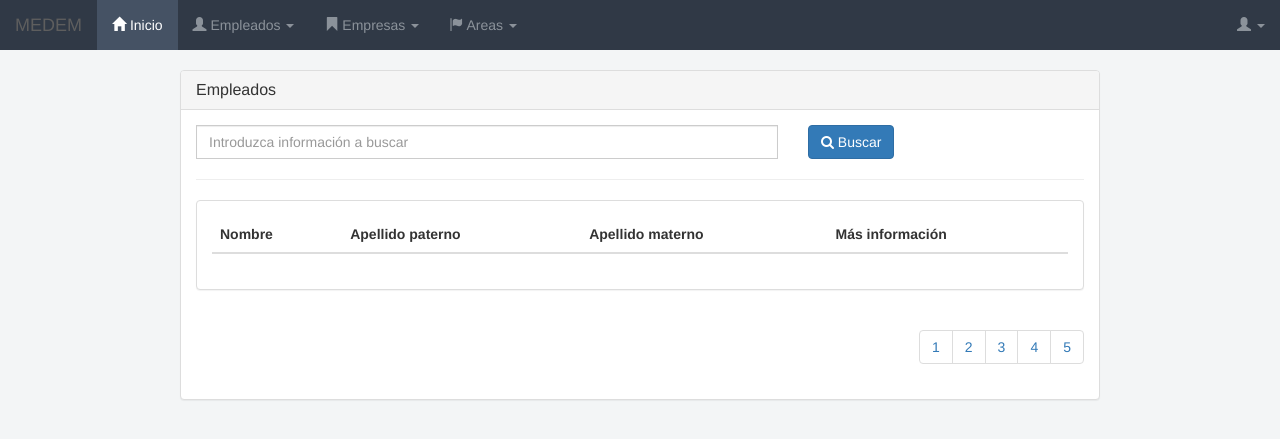
Repository: armandolew/cmhcorp
Page: http://localhost/medem/WEB-INF/pages/indexEmployees.jsp
These files come from the project's save history. The page is drawn as it stood at one moment and after the next save; the edit follows.
The browser window is 1280 px wide. The pictures show the whole page.
Some web libraries are served in a nearby version. The page is served by Tomcat 9. Nobody is signed in. Other server files are loaded and not shown. The template is opened directly, without the code that normally fills it, so the values that code supplies are empty.

Above is the page before, as saved 2015-05-20 17:48:20.

### medem/medem/src/main/webapp/WEB-INF/pages/indexEmployees.jsp
<%@page session="true"%>
<%@ taglib uri="http://java.sun.com/jsp/jstl/core" prefix="c" %>
<!DOCTYPE>
  <html>
    <head>
      <meta charset="utf=8">
      <meta name="viewport" content="width=device-width, initial-scale=1.0">
      <script src="https://ajax.googleapis.com/ajax/libs/jquery/1.11.2/jquery.min.js"></script>
      <link href="bootstrap/bootstrap-3.3.2-dist/css/bootstrap.min.css" rel="stylesheet">
      <link rel="stylesheet" href="http://maxcdn.bootstrapcdn.com/font-awesome/4.3.0/css/font-awesome.min.css">
      <link href="css/custom.css" rel="stylesheet">
      <link href="css/general_layout_override.css" rel="stylesheet">
      <script src="bootstrap/bootstrap-3.3.2-dist/js/bootstrap.min.js"></script>
      <script src="js/main_functions.js"></script>
      <title>MEDEM :: Empleados</title>
    </head>

    <body id="indexEmployees">

			<jsp:include page="layouts/navigation_layout.jsp"></jsp:include>

			<div class="container">
			  <div class="col-md-12">
			    <div class="row">
			      <div class="col-md-10 col-md-offset-1">
			        <div class="login-panel panel panel-default">
					  <div class="panel-heading">
                	    <h3 class="panel-title">Empleados</h3>
              		  </div><!-- .panel-heading -->
					  <div class="panel-body">
		                <form id="searchForm" action="/medem/searchEmployee" method="POST">
		                  <div class="row">
		                    <div class="col-sm-8">
		                      <input type="text" class="form-control" id="search" name="search" placeholder="Introduzca informaci&#243;n a buscar" />
		                      <input type="hidden" name="${_csrf.parameterName}" value="${_csrf.token}"/>
		                    </div><!-- .col-sm-4 -->
		                    <div class="col-sm-4">
		                      <button type="submit" class="btn btn-primary">
		                        <i class="fa fa-search"></i> Buscar
		                      </button>
		                    </div><!-- .col-sm-4 -->
		                  </div><!-- .row -->
		                </form>

		                <hr class="divider">

					  <div class="panel panel-default">
					    <div class="panel-body">
					      <div class="table-responsive">
					        <table class="table">
					          <thead>
							    <tr>
							      <th>Nombre</th>
                          	      <th>Apellido paterno</th>
                          	      <th>Apellido materno</th>
                          	      <th>Más información</th>
                        	    </tr>
                        	  </thead>
                        	  <c:if test="${!empty listEmployees}">
                        	  <tbody>
                        	    <c:forEach items="${listEmployees}" var="employee">
                        	      <tr>
		                            <td>${employee.name}</td>
		                            <td>${employee.lastName1}</td>
		                            <td>${employee.lastName2}</td>
									<td><a href="/medem/employee/${employee.id}" class="btn btn-info">Ver más</a></td>
		                          </tr>
                        	    </c:forEach>
                        	  </tbody>
                        	  </c:if>
					        </table>
					      </div>
					     </div>
					  </div><!-- .panel panel-default -->

					  <ul class="pagination pull-right">
						<li><a href="#">1</a></li>
					  	<li><a href="#">2</a></li>
					  	<li><a href="#">3</a></li>
					  	<li><a href="#">4</a></li>
					  	<li><a href="#">5</a></li>
					  </ul>
					  </div>
			        </div>
			      </div>
			    </div>
			  </div>
			</div>

    </body>
  </html>

### medem/medem/src/main/webapp/WEB-INF/pages/layouts/navigation_layout.jsp
	<%@ taglib uri="http://www.springframework.org/security/tags" prefix="security" %>
	<%@taglib uri="http://java.sun.com/jsp/jstl/core" prefix="c"%>


			<nav class="navbar navbar-default" role="navigation">
			  <!-- csrt for log out-->
			  <c:url value="/j_spring_security_logout" var="logoutUrl" />
  			  <form action="${logoutUrl}" method="post" id="logoutForm">
	  		    <input type="hidden" name="${_csrf.parameterName}" value="${_csrf.token}" />
			  </form>

			  <div class="navbar-header">
		        <button type="button" class="navbar-toggle" data-toggle="collapse" data-target="#bs-example-navbar-collapse-1">
		          <span class="sr-only">Toggle navigation</span> <span class="icon-bar"></span><span class="icon-bar"></span><span class="icon-bar"></span>
		        </button>
		        <a class="navbar-brand" href="/medem">MEDEM</a>
			  </div><!-- .navbar-header -->
			  <div class="collapse navbar-collapse" id="bs-example-navbar-collapse-1">
			    <ul class="nav navbar-nav">
		          <li class="active"><a href="/medem"><span class="glyphicon glyphicon-home"></span> Inicio</a></li>
<%-- 		          <security:authorize access="hasRole('ROLE_ADMIN')"> --%>
<!-- 		          <li class="dropdown"><a href="#" class="dropdown-toggle" data-toggle="dropdown"><span class="glyphicon glyphicon-king"></span> Usuarios <b class="caret"></b></a> -->
<!-- 		            <ul class="dropdown-menu"> -->
<!-- 		              <li><a href="newUser"> -->
<!-- 		                <span class="glyphicon glyphicon-plus-sign"></span> Crear Usuario</a> -->
<!-- 		              </li> -->
<!-- 		              <li><a href="indexEmployees"> -->
<!-- 		                <span class="glyphicon glyphicon-list-alt"></span> Listar Empleados</a> -->
<!-- 		              </li> -->
<!-- 		            </ul> -->
<!-- 		          </li>		           -->
<%-- 		          </security:authorize> --%>
		          <li class="dropdown"><a href="#" class="dropdown-toggle" data-toggle="dropdown"><span class="glyphicon glyphicon-user"></span> Empleados <b class="caret"></b></a>
		            <ul class="dropdown-menu">
		              <li><a href="/medem/newEmployee">
		                <span class="glyphicon glyphicon-plus-sign"></span> Crear Empleado</a>
		              </li>
		              <li><a href="/medem/indexEmployees">
		                <span class="glyphicon glyphicon-list-alt"></span> Listar Empleados</a>
		              </li>
		            </ul>
		          </li>
		          <li class="dropdown"><a href="#" class="dropdown-toggle" data-toggle="dropdown"><span class="glyphicon glyphicon-bookmark"></span> Empresas <b class="caret"></b></a>
		            <ul class="dropdown-menu">
		              <security:authorize access="hasRole('ROLE_ADMIN')">
		              <li><a href="/medem/newCompany">
		                <span class="glyphicon glyphicon-plus-sign"></span> Crear Empresa</a>
		              </li>
		              <li><a href="/medem/indexCompany">
		                <span class="glyphicon glyphicon-list-alt"></span> Listar Empresas</a>
		              </li>
		              </security:authorize>
		              <li>
		                <a href="/medem/company/1"><span class="glyphicon glyphicon-search"></span> Ver Empresa</a>
		              </li>
		    		</ul>
		    	  </li>
		          <li class="dropdown"><a href="#" class="dropdown-toggle" data-toggle="dropdown"><span class="glyphicon glyphicon-flag"></span> Areas <b class="caret"></b></a>
		            <ul class="dropdown-menu">
		              <li><a href="/medem/newArea/1">
		    		    <span class="glyphicon glyphicon-plus-sign"></span> Crear Area</a>
		              </li>
		              <li><a href="/medem/areas/1">
		                <span class="glyphicon glyphicon-list-alt"></span> Listar Areas</a>
		              </li>
		    		</ul>
		          </li>
		          <security:authorize access="hasRole('ROLE_ADMIN')">
		          <li class="dropdown"><a href="#" class="dropdown-toggle" data-toggle="dropdown"><span class="glyphicon glyphicon-stats"></span> Reportes <b class="caret"></b></a>
		            <ul class="dropdown-menu">
		              <li><a href="/medem/reportCharts">
		                <span class="glyphicon glyphicon-plus-sign"></span> Generar Reporte</a>
		              </li>
		            </ul>
		          </li>
		          </security:authorize>
			    </ul><!-- .nav navbar-nav -->
			    <ul class="nav navbar-nav navbar-right">
		          <li class="dropdown"><a href="#" class="dropdown-toggle" data-toggle="dropdown"><span class="glyphicon glyphicon-user"></span> ${userName } <b class="caret"></b></a>
		            <ul class="dropdown-menu">
		              <li><a href="#"><span class="glyphicon glyphicon-user"></span> Perfil</a></li>
		              <li class="divider"></li>
		              <li><a href="javascript:logoutFormSubmit();"><span class="glyphicon glyphicon-off"></span> Logout</a></li>
		            </ul>
		          </li>
			    </ul><!-- .nav navbar-nav navbar-right -->
			  </div><!-- .collapse navbar-collapse -->
			</nav><!-- .navbar navbar-default -->

### medem/medem/src/main/webapp/css/custom.css
.main_logo{
	width: 40%;
	max-width: 200px;
	height: auto;
	border: 0;
	display: inline-block;
	margin: 0;
	padding: 0;
	vertical-align: top;
}
.nav-tabs li a, button{
   outline: 0;
}
.patient_photo img{
   max-width: 100px;
   max-height: 100px;
   border: 1px solid #cacaca;
}
.patient_name{
   margin: 0 0 20px !important;
}
.form_separator{
   height: 1px;
   width: 100%;
   margin: 14px auto;
   border-bottom:  1px solid #ddd;
}
textarea {
    resize: none;
    text-align: left;
}
.nav-tabs > li > a{
  padding: 10px 9px !important;
}
#personalPatologicals textarea, #personalNonPatologicals textarea{
  display: none;
}
.form_divider{
  margin: 7px 0;
  width: 100%;
  height: 1px;
}

.panel-body > table td{
  font-size: 14px!important;
}

.modal {
  overflow-y: auto;
}
.modal-open {
  overflow: auto;
}
.modal-open[style] {
  padding-right: 0px !important;
}
.modal-header-danger{
  background-color: #DF6A78;
  -webkit-border-top-left-radius: 5px;
  -webkit-border-top-right-radius: 5px;
  -moz-border-radius-topleft: 5px;
  -moz-border-radius-topright: 5px;
   border-top-left-radius: 5px;
   border-top-right-radius: 5px;
}
.modal-header-success{
  background-color: #66C796;
  -webkit-border-top-left-radius: 5px;
  -webkit-border-top-right-radius: 5px;
  -moz-border-radius-topleft: 5px;
  -moz-border-radius-topright: 5px;
   border-top-left-radius: 5px;
   border-top-right-radius: 5px;
}

.modal-header-info{
  background-color: #F4AD49;
  -webkit-border-top-left-radius: 5px;
  -webkit-border-top-right-radius: 5px;
  -moz-border-radius-topleft: 5px;
  -moz-border-radius-topright: 5px;
   border-top-left-radius: 5px;
   border-top-right-radius: 5px;
}
.modal-header-danger h4, .modal-header-success h4, .modal-header-info h4{
  color: #fff;
}

#employeeShow .container .employeeInfo{
	display: none;
}

#fileUpload .modal-body .alert{
	display: none;
}

.list-group-item{
	margin-bottom: 14px;
	background-color: #455264;
	color: #fff;
	line-height: 100%;
	border: 1px solid #455264;
}

.mr15{
	margin-right: 15px;

}

.media img{
	border-radius: 50%!important;
	vertical-align: middle;
	width: 50px!important;
	height: 50px!important;
}

### medem/medem/src/main/webapp/css/general_layout_override.css
        	body{
        		background-color: #F3F5F6;
        		margin-bottom: 60px;
        	}

        	html {
  				position: relative;
  				min-height: 100%;
			}

        	.navbar{
        	  border: 0!important;
        	  border-radius: 0!important;
        	}
        	.navbar-default{
        		background-color: #303946!important;
        	}
        	.navbar-default .navbar-nav > li > a{
        		color: #8b929a!important;
        	}
        	.navbar-default .navbar-nav > li > a:hover{
        		color: #fff !important;
        	}
        	.navbar-default .navbar-nav > .active > a,
        	.navbar-default .navbar-nav > .active > a:focus,
        	.navbar-default .navbar-nav > .open > a{
        		background-color: #455264!important;
        		color: #fff!important;
        	}

        	footer {
  				position: absolute;
  				bottom: 0;
  				width: 100%;
				height: 50px;
  				background-color: #303946;
			}

        	.panel-employees{
        		background-color: #29B6D8;
        		color: #fff;
        	}
        	.panel-areas{
        		background-color: #F4AD49;
        		color: #fff;
        	}
        	.panel-records{
        		background-color: #33B08A;
        		color: #fff;
        	}

        	.panel-company{
        		background-color: #666666;
        		color: #fff;
        	}
        	.panel-employees, .panel-areas, .panel-records, .panel-company{
        		min-height: 88px;
        	}
        	.panel-employees .glyphicon, .panel-areas .glyphicon, .panel-records .glyphicon, .panel-company .glyphicon {
    			font-size: 50px;
			}
			.tab-pane .form{
				border-top: 0!important;
			}
			.form_separator{
				height: 1px;
				width: 100%;
				margin: 14px auto;
				border-top: 1px solid #E3E3E3;
			}
			.profile {
  				margin: 20px 0;
			}
			.profile-sidebar {
			  	padding: 20px 0;
			  	background: #303946;
			  	margin-bottom: 14px;
			  	height: 404px;
			}
			.profile-userpic img {
			  	float: none;
			  	margin: 0 auto;
			  	width: 50%;
			  	height: 50%;
			  	max-height: 120px;
			  	-webkit-border-radius: 50% !important;
			  	-moz-border-radius: 50% !important;
			  	border-radius: 50% !important;
			}
			.profile-usertitle {
			  	text-align: center;
			  	margin-top: 20px;
			}

			.profile-usertitle-name {
			  	color: #fff;
			  	font-size: 16px;
			  	font-weight: 400;
			  	margin-bottom: 7px;
			}

			.profile-usertitle-job {
			  	text-transform: uppercase;
			  	color: #29B6D8;
			  	font-size: 12px;
			  	font-weight: 600;
			  	margin-bottom: 15px;
			}

			.profile-sidebar .divider{
				width: 80%!important;

			}

			.profile-userbuttons .btn{
				margin-bottom: 7px;
			}

			.profile-creation{
				text-align: left !important;
				margin: 0 20%;
			}

			.table > tbody > tr > td,
			.table > tbody > tr > th,
			.table > tfoot > tr > td,
			.table > tfoot > tr > th,
			.table > thead > tr > td,
			.table > thead > tr > th{
				font-size: 14px!important;
			}
			.info-block .square-box{
				min-height: 110px;
				padding: 25px 0;
				text-align: center !important;
				width: 100px;
				margin-right: 20px;
			}
			.info-block.block-info .square-box{
				color: #fff;
				font-size: 4em;
			}
			#workBackground .square-box{
				background-color: #29B6D8;
			}

			#familyHistory .square-box{
				background-color: #66C796;
			}

			ul{
				list-style: none;
			}

			li.workbackground{
				margin-bottom: 14px;
			}

			.modal-content > .modal-header-info{
				background-color: #F4AD49!important;
				color: #fff;
			}

			.form-control{
			   border-radius: 0!important;
			}

			.progress{
				height: 4px;
				background-color: rgba(0, 0, 0, 0.28);
			}
			.progress .progress-bar-white{
				background-color: #fff;
			}

			#logoutForm{
				display: none;
			}

			.ui-menu .ui-menu-item{
				background-color: #303946!important;
				list_style-image: none !important;
				color: #fff;
			}
			.ui-menu .ui-menu-item:hover{
				background-image: none !important;
				background-color: #455264;
				color: #fff;
			}
			.ui-autocomplete-loading{
				background: url("<c:url value='/medem/imgs/ajax-loader.gif'/>'") no-repeat 0 center;
			}

			@media screen and (max-width: 300px){
				.profile-sidebar {
				  	height: 300px!important;
				}

			}

			@media screen and (max-width: 999px){
				.profile-userpic img {
				  	height: 50%;
				  	width: 20%;
				}

			}

			@media screen and (min-device-width: 200px) and (max-device-width: 600px){
				.profile-userpic img {
				  	height: 40%;
				  	width: 25%;
				}

			}

### medem/medem/src/main/webapp/js/main_functions.js
/**
 * MEDEM consultores medicos
 * main_functions.js
 * Developers: Miriam Paola Reyes Garcia, Armando Lew Tamayo
 * Indigo Smart Software Development
 * 2015
 */

/**
 * showMessage.
 * Shows a modal dialog with a custom message.
 * @param String message - Message to be displayed.
 * @param String type - Type of the header (danger, success, info).
 * @param String modalId - ID of the modal form.
 *
 */

var MAX_FILE_SIZE = 8192;
var FILE_TYPES = ["jpg", "jpeg", "gif", "png"];
var ALPHANUMERIC_PATTER = /^[a-zA-Z0-9]+/;
var ALLOWED_AGE = 18;

/**
 * showMessage.
 * Uses a bootstrap modal dialog to show a message to the user.
 * @param message - Text to display
 * @param type - This will give the modal the look and feel.
 * @param modalId - To target the modal we require.
 */

showMessage = function(message, type, modalId){
	if(document.querySelector(modalId) != null){
	  $(modalId).find(".modal-body").html(message);
	  $(modalId).find(".modal-header").addClass("modal-header-" + type);
	  $(modalId).modal("toggle");
    }
	else console.log("Modal not found.");
}


/**
 * getEmployeeAge.
 * returns the age of the employee.
 * @param dateOfBirth
 * @returns age.
 */

getEmployeeAge = function(dateOfBirth){
	var birthdate = new Date(dateOfBirth);
	var cur = new Date();
	var diff = cur-birthdate;
	var age = Math.floor(diff/(1000 * 60 * 24 * 365));

	return age;
}

/**
 * validateForm.
 * validates the required fields of an specific form.
 * @param formId - ID of the form to be validated.
 * @returns {Boolean}
 *
 */

validateForm = function(formId){
	var validationResult = false;
	var errorMessagesList = "";
	var formInputsText;
	var formInputsSelect;
	var formInputsCheck;

	/** First, we need to verify that the form actually exists. **/

	if(document.querySelector(formId) != null){
		formInputsText = $(formId).find(".required-text");
		formInputsSelect = $(formId).find(".required-select");

		/** We get the text fields and the select fields **/
		formInputsText.each(function(){

		  /** For each text input field, we verify that their value is not null or empty **/
		  if($(this).val() == "" || $(this).val() == null){
			  $(this).closest("div").addClass('has-error');
			  var message = "<b>" + $(this).attr("placeholder") + "</b> requerido <br/>";
			  errorMessagesList += message;
		  }
		  else{
			  /** Otherwise, we need to check that the values are ONLY alphanumeric **/
			  if(!($(this).val()).match(ALPHANUMERIC_PATTER)){
				  $(this).closest("div").addClass('has-error');
				  var message = "<b>" + $(this).attr("placeholder") + "</b>  no tiene formato alfanum&eacute;rico <br/>";
				  errorMessagesList += message;
			  }

			  /** Also, we need to make sure that the new employee is old enough to work **/
			  if($(this).attr("name") == "dateOfBirth"){
				  if(getEmployeeAge($(this).val()) < ALLOWED_AGE){
					  $(this).closest("div").addClass('has-error');
					  $(this).val("");
					  var message = "El empleado no puede ser menor de <b>" + ALLOWED_AGE + " a&ntilde;os</b><br/>";
					  errorMessagesList += message;
				  }
			  }
		  }
		});


		/** Here we check that the values are set for each required dropdown **/
		formInputsSelect.each(function(){
			if($(this).val() == "" || $(this).val() == null){
			  $(this).closest("div").addClass('has-error');
			  var message = "<b>" + $(this).attr("data-name") + "</b> requerido <br/>";
			  errorMessagesList += message;
			}
		});

		/** The form has errors so we display them to the user **/
		if(errorMessagesList.length > 0){
			showMessage(errorMessagesList, "danger", "#myModal");
		}
		/** Otherwise, we are able to submit the form **/
		else{
			$("div.form-group").removeClass("has-error").addClass("has-success");
			validationResult = true;
		}

		return validationResult;
	}

}

/**
 * validateUploadForm.
 * validates the image upload form.
 * @param formId
 * @returns {Boolean}
 */

validateUploadForm = function(formId){
	var validationResult = false;
	var errorMessagesList = "";
	if(document.querySelector(formId) != null){
		var selectedFile = $(formId).find("input:file")[0].files[0];
		if(selectedFile == "" || selectedFile == null || selectedFileSize < 1){
			errorMessagesList += "<b>Archivo</b> requerido";
		}
		else{
			var selectedFileSize = selectedFile.size;
			var selectedFileExtension = selectedFile.type.substr(selectedFile.type.lastIndexOf("/") + 1);

			if(selectedFile > MAX_FILE_SIZE){
				errorMessagesList += "<b>Archivo</b> excede el máximo permitido."
			}

			else if($.inArray(selectedFileExtension, FILE_TYPES) == -1){
				errorMessagesList += "<b>Extensi&oacute;n de archivo</b> inv&aacute;lida. (" + FILE_TYPES + ")";
			}
		}

		if(errorMessagesList.length > 0){
			$("#fileUpload .modal-body .alert .error-message").html(errorMessagesList);
			$("#fileUpload .modal-body .alert").show();
		}
		else{
			$("#fileUpload .modal-body .alert").hide();
			validationResult = true;
		}
		return validationResult;
	}
}


/**
 * logoutFormSubmit.
 * logs the user out of MEDEM app.
 */

logoutFormSubmit = function(){
	document.getElementById("logoutForm").submit();
}

/**
 * loadEmployeeInformation.
 * loads the employee's information via ajax.
 * @param employeeId
 */

loadEmployeeInformation = function(employeeId){
	console.log(employeeId);
	showMessage("Cargando informaci&oacute;n ...", "info", "#myModal");
	$.ajax({
		dataType: "json",
		url: "/medem/employeeInformation",
		type: "GET",
		data: {id: employeeId},
		success: function(data){
			if(data){
			  $.each(data, function(key, value){
			    $("input[name='"+key+"']").val(value);
			  });
			}
			$(".profile-usertitle-name").html(data.name + " " + data.lastName1 + " " + data.lastName2);
			$(".profile-usertitle-job").html(data.areaName);
			if(data.avatar != ""){
				$(".profile-userpic img").attr("src",data.profileImage);
			}
			$("#employeeShow .container .employeeInfo").fadeIn("slow");
			$("#myModal").modal("hide");
		},
		error: function(){
			console.log("error");
		}
	});
}

getIMC = function(){

}


$(document).ready(function(){
	console.log($("body").attr("id") + " done.");

	// newEmployeeForm validation.
	$("#newEmployeeForm").on("submit", function(event){
		event.preventDefault();
		var formValidation = validateForm("#newEmployeeForm");

		if(formValidation){
			console.log("ready to send");
			showMessage("Procesando ...", "success", "#myModal");
			document.getElementById("newEmployeeForm").submit();
		}

	});
	// newEmployeeForm validation.

	// editEmployeeForm validation.
	$("#editEmployeeForm").on("submit", function(event){
		event.preventDefault();
		var formValidation = validateForm("#editEmployeeForm");

		if(formValidation){
			console.log("ready to send");
			showMessage("Procesando ...", "success", "#myModal");
			document.getElementById("editEmployeeForm").submit();
		}

	});
	// editEmployeeForm validation.

	// fileUploadForm validation.
	$("#fileUploadForm").on("submit", function(event){
		event.preventDefault();
		var formValidation = validateUploadForm("#fileUploadForm");

		if(formValidation){
			console.log("ready to send");
			$("#fileUpload").modal("hide");
			showMessage("Procesando ...", "success", "#myModal");
			document.getElementById("fileUploadForm").submit();
		}

	});
	// fileUploadForm validation.

	// newAreaForm validation
//	$("#newAreaForm").on("submit", function(event){
//		event.preventDefault();
//		var formValidation = validateForm("#newAreaForm");
//
//		if(formValidation){
//			console.log("ready to send");
//			showMessage("Procesando ...", "success", "#myModal");
//			document.getElementById("newAreaForm").submit();
//		}
//
//	});
	// newAreaForm validation

	// editAreaForm validation
	$("#editAreaForm").on("submit", function(event){
		event.preventDefault();
		var formValidation = validateForm("#editAreaForm");

		if(formValidation){
			console.log("ready to send");
			showMessage("Procesando ...", "success", "#myModal");
			document.getElementById("editAreaForm").submit();
		}

	});
	// editAreaForm validation

	// newCompanyForm validation
	$("#newCompanyForm").on("submit", function(event){
		event.preventDefault();
		var formValidation = validateForm("#newCompanyForm");

		if(formValidation){
			console.log("ready to send");
			showMessage("Procesando ...", "success", "#myModal");
			document.getElementById("newCompanyForm").submit();
		}

	});
	// newCompanyForm validation

	// editCompanyForm validation
	$("#editCompanyForm").on("submit", function(event){
		event.preventDefault();
		var formValidation = validateForm("#editCompanyForm");

		if(formValidation){
			console.log("ready to send");
			showMessage("Procesando ...", "success", "#myModal");
			document.getElementById("editCompanyForm").submit();
		}

	});
	// editCompanyForm validation

	// confirm-delete
	$("#confirm-delete").on("show.bs.modal", function(e) {
	  $(this).find(".btn-ok").attr("href", $(e.relatedTarget).data("href"));
	});
	// confirm-delete

});

Loaded but not shown: medem/medem/src/main/webapp/bootstrap/bootstrap-3.3.2-dist/css/bootstrap.min.css (library); medem/medem/src/main/webapp/bootstrap/bootstrap-3.3.2-dist/js/bootstrap.min.js (library)

After the next save:
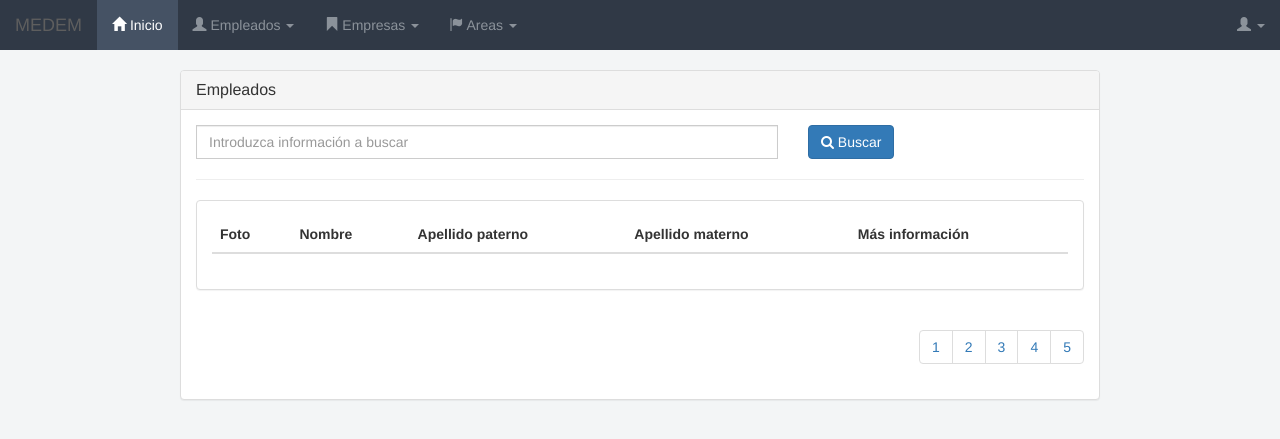
Saved 25 s later.
--- a/medem/medem/src/main/webapp/WEB-INF/pages/indexEmployees.jsp
+++ b/medem/medem/src/main/webapp/WEB-INF/pages/indexEmployees.jsp
@@ -50,6 +50,7 @@
 					        <table class="table">
 					          <thead>
 							    <tr>
+							      <th>Foto</th>
 							      <th>Nombre</th>
                           	      <th>Apellido paterno</th>
                           	      <th>Apellido materno</th>
